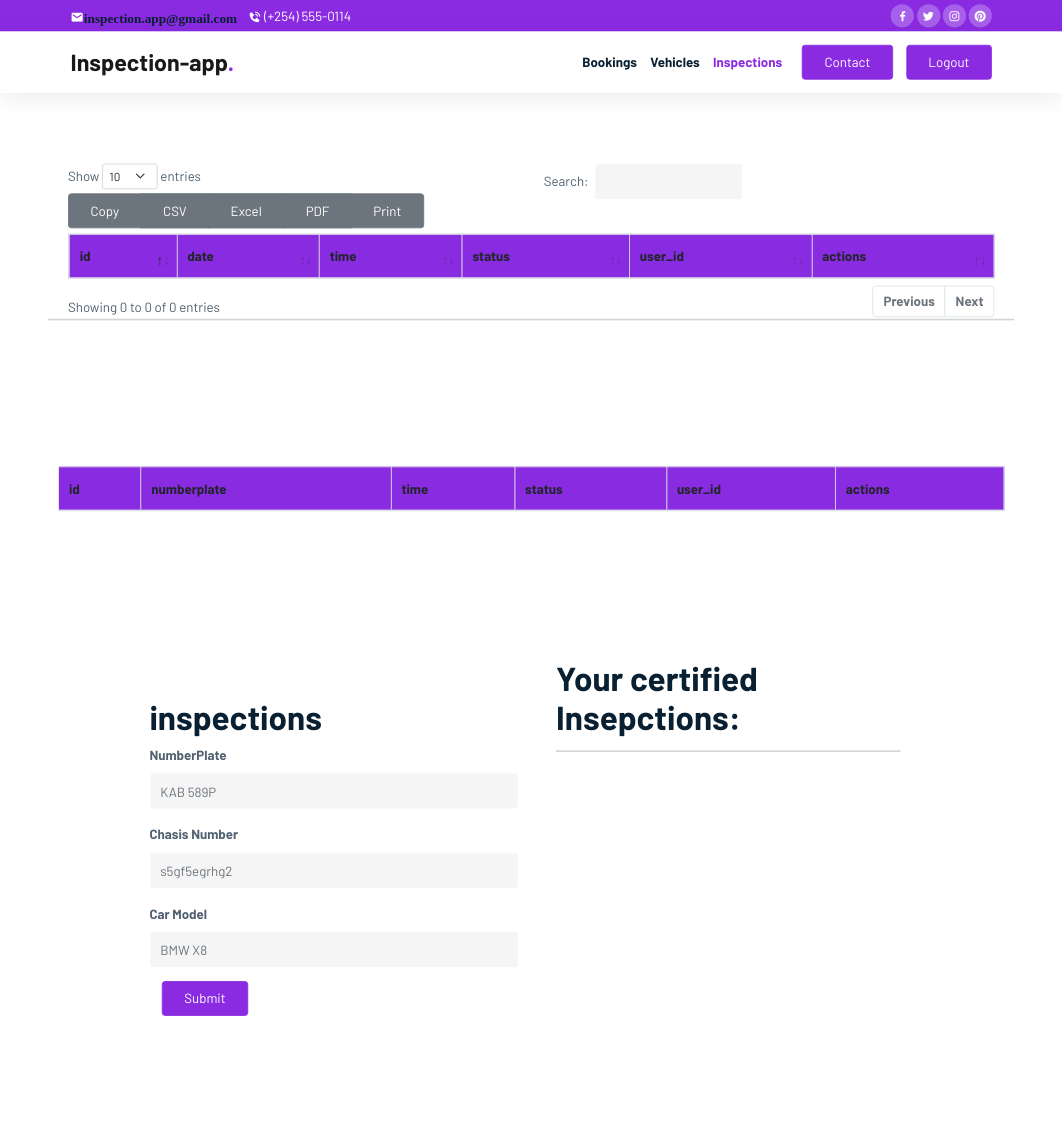
Repository: Jaynie8085/INSPECTION-APP
Page: client/admnDashboard.html
These files come from the project's save history. The page is drawn as it stood at one moment and after the next save; the edit follows.
The browser window is 1280 px wide. The pictures show the whole page, at 83% of full size.
The page's requests for data from a server got no answer.

Above is the page before, as saved 2022-10-17 06:21:29.
Console error: ReferenceError: fetchBookings is not defined

### client/admnDashboard.html
<!DOCTYPE html>
<html lang="en">

<head>
    <meta charset="UTF-8">
    <meta http-equiv="X-UA-Compatible" content="IE=edge">
    <meta name="viewport" content="width=device-width, initial-scale=1.0">
    <script src="/js/axios/dist/axios.min.js"></script>
    <script src="main.js"></script>
    <!-- Bootstrap CSS -->
    <link rel="stylesheet" href="css/bootstrap.min.css">
    <link rel="stylesheet" href="css/owl.carousel.min.css">
    <link rel="stylesheet" href="css/owl.theme.default.min.css">
    <link href='https://unpkg.com/boxicons@2.1.1/css/boxicons.min.css' rel='stylesheet'>
    <link rel="stylesheet" href="https://stackpath.bootstrapcdn.com/bootstrap/4.1.3/css/bootstrap.min.css"
        integrity="sha384-MCw98/SFnGE8fJT3GXwEOngsV7Zt27NXFoaoApmYm81iuXoPkFOJwJ8ERdknLPMO" crossorigin="anonymous">
    <link rel="stylesheet" href="css/style.css">
    <link rel="stylesheet" href="assets/css/datatables.min.css">
    <!-- <link rel="stylesheet" href="assets/css/style.css"> -->
    <title>userDashboard</title>
</head>

<body>

    <body data-bs-spy="scroll" data-bs-target=".navbar" data-bs-offset="70">


        <!-- TOP NAV -->
        <div class="top-nav" id="home">
            <div class="container">
                <div class="row justify-content-between">
                    <div class="col-auto">
                        <p> <i class='bx bxs-envelope'><a href="admnDashboard.html">inspection.app@gmail.com</p></a></i>
                        <p> <i class='bx bxs-phone-call'></i> (+254) 555-0114</p>
                    </div>
                    <div class="col-auto social-icons">
                        <a href="#"><i class='bx bxl-facebook'></i></a>
                        <a href="#"><i class='bx bxl-twitter'></i></a>
                        <a href="#"><i class='bx bxl-instagram'></i></a>
                        <a href="#"><i class='bx bxl-pinterest'></i></a>
                    </div>
                </div>
            </div>
        </div>

        <!-- BOTTOM NAV -->
        <nav class="navbar navbar-expand-lg navbar-light bg-white sticky-top">
            <div class="container">
                <a class="navbar-brand" href="admnDashboard.html">Inspection-app<span class="dot">.</span></a>
                <button class="navbar-toggler" type="button" data-bs-toggle="collapse" data-bs-target="#navbarNav"
                    aria-controls="navbarNav" aria-expanded="false" aria-label="Toggle navigation">
                    <span class="navbar-toggler-icon"></span>
                </button>
                <div class="collapse navbar-collapse" id="navbarNav">
                    <ul class="navbar-nav ms-auto">
                        <li class="nav-item">
                            <a class="nav-link" href="#home">Bookings</a>
                        </li>
                        <li class="nav-item">
                            <a class="nav-link" href="#vehicles">Vehicles</a>
                        </li>
                        <li class="nav-item">
                            <a class="nav-link" href="#inspections">Inspections</a>
                        </li>
                        </li>
                    </ul>
                    <a href="#" data-bs-toggle="modal" data-bs-target="#exampleModal"
                        class="btn btn-brand ms-lg-3">Contact</a>
                    <!-- Logout -->
                    <a href="index.html" class="btn btn-brand ms-lg-3">Logout</a>
                </div>

            </div>
        </nav>
        <!-- Bookings -->
        <section id="profile">
            <div class="container">
                <div class="row justify-content-center">
                    <table id="example" class="table table-striped table-bordered">
                        <thead class="" style="background-color:rgb(137,43,225)">
                            <tr>
                                <th>id</th>
                                <th>date</th>
                                <th>time</th>
                                <th>status</th>
                                <th>user_id</th>
                                <th>actions</th>
                            </tr>
                        </thead>
                        <tbody editable="true" id="mwili">
                            <!-- Add tbody here | DOM Manupilation -->
                        </tbody>
                    </table>
                    <!-- <div id="data-table" class="col-lg-5">
                        <ul id="bookings-list">
                        </ul>
                    </div> -->
                    <hr>
                </div>
            </div>
        </section>

        <!-- vehicles -->
        <section id="vehicles">
            <div class="container">
                <div class="row justify-content-center">
                    <table id="example" class="table table-striped table-bordered">
                        <thead class="" style="background-color:rgb(137,43,225)">
                            <tr>
                                <th>id</th>
                                <th>numberplate</th>
                                <th>time</th>
                                <th>status</th>
                                <th>user_id</th>
                                <th>actions</th>
                            </tr>
                        </thead>
                        <tbody editable="true" id="mwili">
                            <!-- Add tbody here | DOM Manupilation -->
                        </tbody>
                    </table>
                </div>
            </div>
            </div>
        </section>

        <!-- inspections -->
        <section id="inspections">
            <div class="container">
                <div class="row justify-content-center">
                    <div id="customer-frm" class="col-lg-5 py-5">
                        <form>
                            <h1>inspections</h1>
                            <!-- <p>Add a vehicle to your list</p> -->
                            <div class="form-group">
                                <label for="numberplate" class="form-label">NumberPlate</label>
                                <input type="text" class="form-control" placeholder="KAB 589P" id="numberplate"
                                    aria-describedby="emailHelp">
                            </div>
                            <div class="form-group">
                                <label for="chasisnumber" class="form-label">Chasis Number </label>
                                <input type="text" class="form-control" placeholder="s5gf5egrhg2" id="chasisnumber"
                                    aria-describedby="emailHelp">
                            </div>
                            <div class="form-group">
                                <label for="model" class="form-label">Car Model</label>
                                <input type="model" class="form-control" placeholder="BMW X8" id="model"
                                    aria-describedby="emailHelp">
                            </div>
                            <!-- <div class="col-12">
                        <label for="exampleInputEmail1" class="form-label">Enter General Description</label>
                        <textarea name="" placeholder="Type in your cars general description." class="form-contid=""  rows="4"></textarea>
                    </div> -->

                            <div class="col-12">
                                <button type="submit" class="btn btn-brand" onclick="vehicles();">Submit</button>
                            </div>
                        </form>
                    </div>
                    <div class="col-lg-5">
                        <div class="container center">
                            <h1>Your certified Insepctions:</h1>
                            <div>
                                <ul id="quote-list">
                                </ul>
                            </div>
                            <hr>
                        </div>
                    </div>
                </div>
            </div>
            </div>
        </section>

        <!-- Modal -->
        <div class="modal fade" id="exampleModal" tabindex="-1" aria-labelledby="exampleModalLabel" aria-hidden="true">
            <div class="modal-dialog modal-dialog-centered modal-xl">
                <div class="modal-content">
                    <div class="modal-body p-0">
                        <div class="container-fluid">
                            <div class="row gy-4">
                                <div class="col-lg-4 col-sm-12 bg-cover"
                                    style="background-image: url(img/isco.jpg); min-height:300px;">
                                    <div>

                                    </div>
                                </div>
                                <div class="col-lg-8">
                                    <form class="p-lg-5 col-12 row g-3">
                                        <div>
                                            <h1>Get in touch</h1>
                                            <p>Feel free to contact us and we will get back to you as soon as possible
                                            </p>
                                        </div>
                                        <div class="col-lg-6">
                                            <label for="userName" class="form-label">First name</label>
                                            <input type="text" class="form-control" placeholder="John" id="userName"
                                                aria-describedby="emailHelp">
                                        </div>
                                        <div class="col-lg-6">
                                            <label for="userName" class="form-label">Last name</label>
                                            <input type="text" class="form-control" placeholder="kamau" id="userName"
                                                aria-describedby="emailHelp">
                                        </div>
                                        <div class="col-12">
                                            <label for="userName" class="form-label">Email address</label>
                                            <input type="email" class="form-control" placeholder="Johnkamaa@gmail.com"
                                                id="userName" aria-describedby="emailHelp">
                                        </div>
                                        <div class="col-12">
                                            <label for="exampleInputEmail1" class="form-label">Enter Message</label>
                                            <textarea name=""
                                                placeholder="Yes,how can we help you,Type your message here."
                                                class="form-control" id="" rows="4"></textarea>
                                        </div>

                                        <div class="col-12">
                                            <button type="submit" class="btn btn-brand">Send Message</button>
                                        </div>
                                    </form>
                                </div>
                            </div>
                        </div>
                    </div>

                </div>
            </div>
        </div>


        <div class="modal fade" id="exampleModal" tabindex="-1" aria-labelledby="exampleModalLabel" aria-hidden="true">
            <div class="modal-dialog modal-dialog-centered modal-xl">
                <div class="modal-content">
                    <div class="modal-body p-0">
                        <div class="container-fluid">
                            <div class="row gy-4">
                                <div class="col-lg-4 col-sm-12 bg-cover"
                                    style="background-image: url(img/c2.jpg); min-height:300px;">
                                    <div>

                                    </div>
                                </div>
                                <div class="col-lg-8">
                                    <form class="p-lg-5 col-12 row g-3">
                                        <div>
                                            <h1>Get in touch with us</h1>
                                            <p>Feel free to contact us and we will get back to you as soon as possible
                                            </p>
                                        </div>
                                        <div class="col-lg-6">
                                            <label for="userName" class="form-label">First name</label>
                                            <input type="text" class="form-control" placeholder="John" id="userName"
                                                aria-describedby="emailHelp">
                                        </div>
                                        <div class="col-lg-6">
                                            <label for="userName" class="form-label">Last name</label>
                                            <input type="text" class="form-control" placeholder="kamau" id="userName"
                                                aria-describedby="emailHelp">
                                        </div>
                                        <div class="col-12">
                                            <label for="userName" class="form-label">Email address</label>
                                            <input type="email" class="form-control" placeholder="Johnkamaa@gmail.com"
                                                id="userName" aria-describedby="emailHelp">
                                        </div>
                                        <div class="col-12">
                                            <label for="exampleInputEmail1" class="form-label">Enter Message</label>
                                            <textarea name=""
                                                placeholder="Yes,how can we help you,Type your message here,,,"
                                                class="form-control" id="" rows="4"></textarea>
                                        </div>

                                        <div class="col-12">
                                            <button type="submit" class="btn btn-brand">Send Message</button>
                                        </div>
                                    </form>
                                </div>
                            </div>
                        </div>
                    </div>

                </div>
            </div>
        </div>

    <script src="assets/js/bootstrap.bundle.min.js"></script>
    <script src="assets/js/jquery-3.6.0.min.js"></script>
    <script src="assets/js/datatables.min.js"></script>
    <script src="assets/js/pdfmake.min.js"></script>
    <script src="assets/js/vfs_fonts.js"></script>
    <script src="assets/js/custom.js"></script>
        <script src="js/owl.carousel.min.js"></script>


        <script src="js/app.js"></script>
        <script src="index.js"></script>


    </body>

</html>

Loaded but not shown: client/js/axios/dist/axios.min.js (library); client/css/bootstrap.min.css (library); client/css/owl.carousel.min.css (library); client/css/owl.theme.default.min.css (common file); client/assets/css/datatables.min.css (library); client/assets/js/bootstrap.bundle.min.js (library); client/assets/js/jquery-3.6.0.min.js (library); client/assets/js/datatables.min.js (library); client/assets/js/pdfmake.min.js (library); client/assets/js/vfs_fonts.js (library); client/js/owl.carousel.min.js (library); client/index.js (193 lines, source omitted); client/main.js (172 lines, source omitted); client/assets/js/custom.js (57 lines, source omitted); client/js/app.js (34 lines, source omitted); client/css/style.css (545 lines, source omitted)

After the next save:
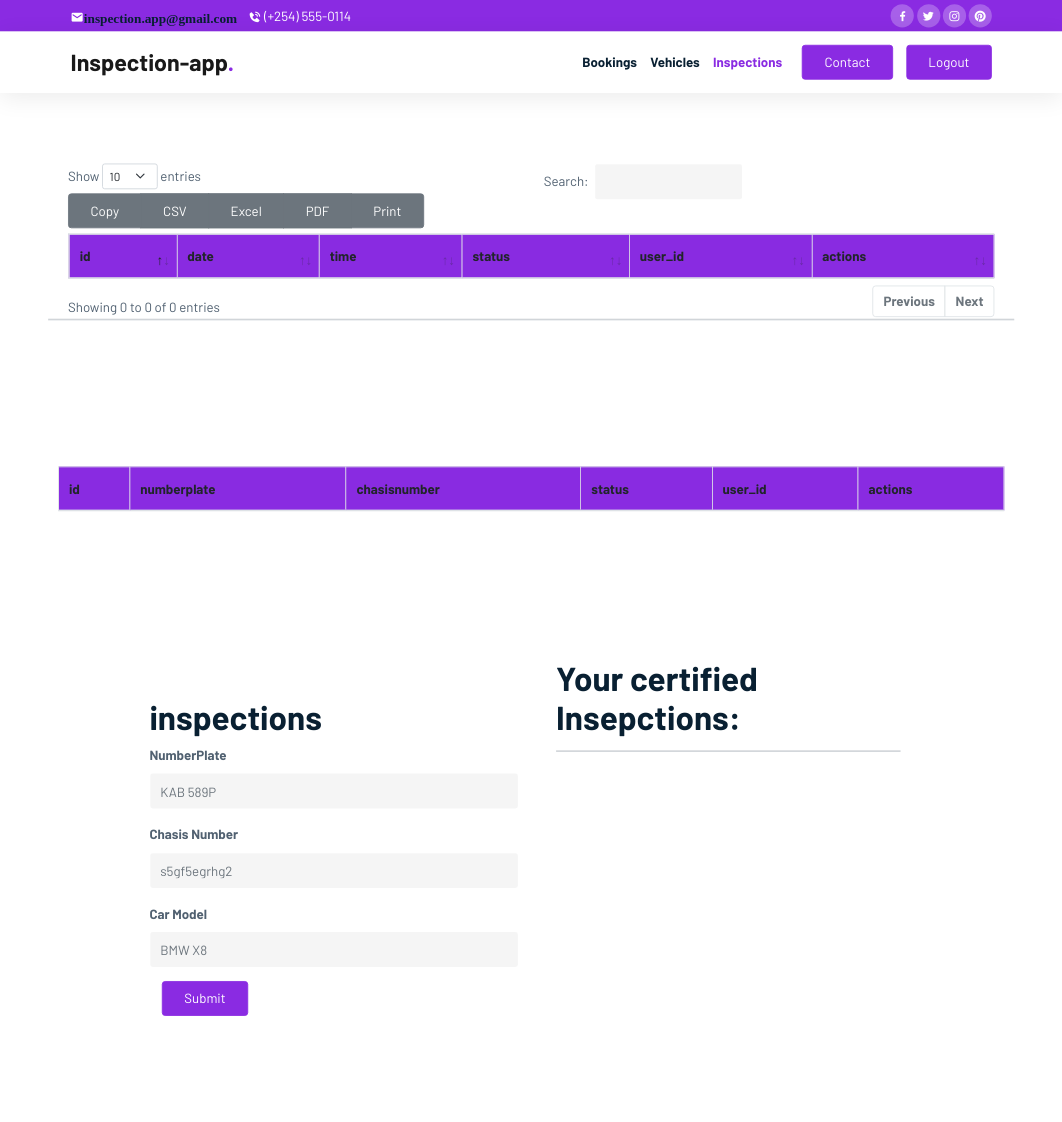
Saved 7 s later.
--- a/client/admnDashboard.html
+++ b/client/admnDashboard.html
@@ -109,7 +109,7 @@
                             <tr>
                                 <th>id</th>
                                 <th>numberplate</th>
-                                <th>time</th>
+                                <th>chasisnumber</th>
                                 <th>status</th>
                                 <th>user_id</th>
                                 <th>actions</th>
